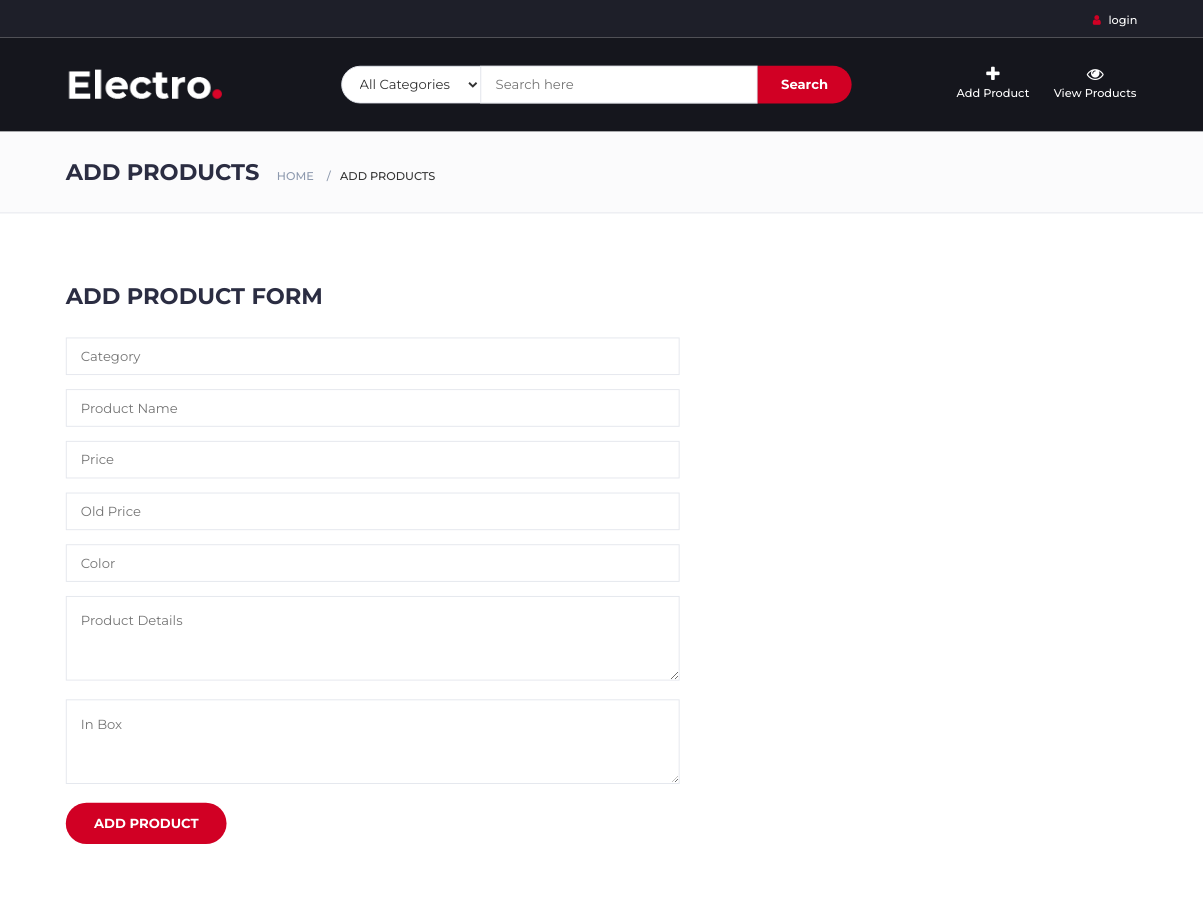
Repository: kinjalsavaliya263/JAVA
Page: http://localhost/electro-master/addproduct.jsp
The author's editor kept a copy of each file at every save. The page is drawn from the files as they stood at one save, then again after the next save.
The browser window is 1280 px wide. The pictures show the whole page, at 94% of full size.
The page is served by Tomcat 9. Other server files are loaded and not shown. The template is opened directly, without the code that normally fills it, so the values that code supplies are empty.

Above is the page before, as saved 2023-04-04 15:46:10.

### electro-master/src/main/webapp/addproduct.jsp
<%@ page language="java" contentType="text/html; charset=UTF-8"
	pageEncoding="UTF-8"%>
<%@ include file="sellerheader.jsp"%>
<!DOCTYPE html>
<html>
<head>
<meta charset="UTF-8">
<title>Electro -Ecommerce</title>

</head>
<body>
	<!-- BREADCRUMB -->
	<div id="breadcrumb" class="section">
		<!-- container -->
		<div class="container">
			<!-- row -->
			<div class="row">
				<div class="col-md-12">
					<h3 class="breadcrumb-header">Add Products</h3>
					<ul class="breadcrumb-tree">
						<li><a href="#">Home</a></li>
						<li class="active">Add Products</li>
					</ul>
				</div>
			</div>
			<!-- /row -->
		</div>
		<!-- /container -->
	</div>
	<!-- /BREADCRUMB -->

	<!-- SECTION -->
	<div class="section">
		<!-- container -->
		<div class="container">
			<!-- row -->
			<div class="row">

				<div class="col-md-7">
					<!-- Add Product -->
					<form action="addproduct" method="post" enctype="multipart/form-data">
						<div class="billing-details">
							<span class="text-danger">${msg}</span> <span
								class="text-success">${msg1}</span>
							<div class="section-title">
								<h3 class="title">Add Product Form</h3>
							</div>


							<input  type="hidden" name="uid" id="uid">

							<div class="form-group">
								<input class="input" type="text" name="category"
									placeholder="Category" id="category">
							</div>
							<div class="form-group">
								<input class="input" type="text" name="pname"
									placeholder="Product Name" id="pname">
							</div>
							<div class="form-group">
								<input class="input" type="number" name="price"
									placeholder="Price" id="price">
							</div>
							<div class="form-group">
								<input class="input" type="number" name="oldprice"
									placeholder="Old Price" id="oldprice">
							</div>
							<div class="form-group">
								<input class="input" type="text" name="color"
									placeholder="Color" id="color">
							</div>

							<div class="form-group">
								<textarea cols="3" class="input" name="details"
									placeholder="Product Details" id="details"></textarea>
							</div>
							<div class="form-group">
								<textarea cols="3" class="input" name="inbox"
									placeholder="In Box" id="inbox"></textarea>
							</div>

							<div class="form-group">
								<button type="submit" class="primary-btn order-submit">Add
									Product</button>
							</div>

						</div>
					</form>
					<!-- /Add Product -->



				</div>


			</div>
			<!-- /row -->
		</div>
		<!-- /container -->
	</div>
	<!-- /SECTION -->



</body>
</html>

### electro-master/src/main/webapp/sellerheader.jsp

<%@page import="model.User"%>
<%@ page language="java" contentType="text/html; charset=UTF-8"
	pageEncoding="UTF-8"%>
<!DOCTYPE html>
<html>
<head>
<meta charset="UTF-8">
<title>Electro -Ecommerce</title>
<link
	href="https://fonts.googleapis.com/css?family=Montserrat:400,500,700"
	rel="stylesheet">

<!-- Bootstrap -->
<link type="text/css" rel="stylesheet" href="css/bootstrap.min.css" />

<!-- Slick -->
<link type="text/css" rel="stylesheet" href="css/slick.css" />
<link type="text/css" rel="stylesheet" href="css/slick-theme.css" />

<!-- nouislider -->
<link type="text/css" rel="stylesheet" href="css/nouislider.min.css" />

<!-- Font Awesome Icon -->
<link rel="stylesheet" href="css/font-awesome.min.css">

<!-- Custom stlylesheet -->
<link type="text/css" rel="stylesheet" href="css/style.css" />

<!-- HTML5 shim and Respond.js for IE8 support of HTML5 elements and media queries -->
<!-- WARNING: Respond.js doesn't work if you view the page via file:// -->
<!--[if lt IE 9]>
		  <script src="https://oss.maxcdn.com/html5shiv/3.7.3/html5shiv.min.js"></script>
		  <script src="https://oss.maxcdn.com/respond/1.4.2/respond.min.js"></script>
		<![endif]-->
</head>
<body>
	<!-- HEADER -->
	<header>
		<!-- TOP HEADER -->
		<div id="top-header">
			<div class="container">

				<%
				/* String email = (String) session.getAttribute("email"); */
				User us = (User) request.getAttribute("use");
				%>



				<ul class="header-links pull-left">

				</ul>
				<ul class="header-links pull-right">




					<%
					if (us != null) {
					%>

					<li><a href="myprofile?email=<%=us.getEmail()%>"><i
							class="fa fa-user"></i>My Profile</a></li>
					<li><a href="changepass.jsp?email=<%=us.getEmail()%>"><i
							class="fa fa-key"></i>Change Password</a></li>
					<li style="color: white;"><b>Welcome <%=us.getFname()%> <%=us.getLname()%></b></li>
					<li><a href="logout.jsp"><i class="fa fa-user"></i>Logout</a></li>
					<%
					} else {
					%>

					<li><a href="login.jsp"><i class="fa fa-user"></i> login</a></li>
					<%
					}
					%>


				</ul>
			</div>
		</div>
		<!-- /TOP HEADER -->

		<!-- MAIN HEADER -->
		<div id="header">
			<!-- container -->
			<div class="container">
				<!-- row -->
				<div class="row">
					<!-- LOGO -->
					<div class="col-md-3">
						<div class="header-logo">
							<a href="#" class="logo"> <img src="./img/logo.png" alt="">
							</a>
						</div>
					</div>
					<!-- /LOGO -->

					<!-- SEARCH BAR -->
					<div class="col-md-6">
						<div class="header-search">
							<form>
								<select class="input-select">
									<option value="0">All Categories</option>
									<option value="1">Category 01</option>
									<option value="1">Category 02</option>
								</select> <input class="input" placeholder="Search here">
								<button class="search-btn">Search</button>
							</form>
						</div>
					</div>
					<!-- /SEARCH BAR -->

					<!-- ACCOUNT -->
					<div class="col-md-3 clearfix">
						<div class="header-ctn">
							<!-- Add Product -->
							<div>
								<a href="addproduct.jsp"> <i class="fa fa-plus"></i> <span>Add
										Product</span>
								</a>
							</div>
							<!-- /Add Product -->

							<!-- View Product -->
							<div >
								<a href="viewproduct.jsp"> <i class="fa fa-eye"></i> <span>View
										Products</span>
								</a>

							</div>
							<!-- /View Product -->


						</div>
					</div>
					<!-- /ACCOUNT -->
				</div>
				<!-- row -->
			</div>
			<!-- container -->
		</div>
		<!-- /MAIN HEADER -->
	</header>
	<!-- /HEADER -->


</body>
</html>

Loaded but not shown: electro-master/src/main/webapp/css/bootstrap.min.css (library); electro-master/src/main/webapp/css/slick.css (common file); electro-master/src/main/webapp/css/slick-theme.css (library); electro-master/src/main/webapp/css/nouislider.min.css (library); electro-master/src/main/webapp/css/font-awesome.min.css (library); electro-master/src/main/webapp/css/style.css (2191 lines, source omitted)

After the next save:
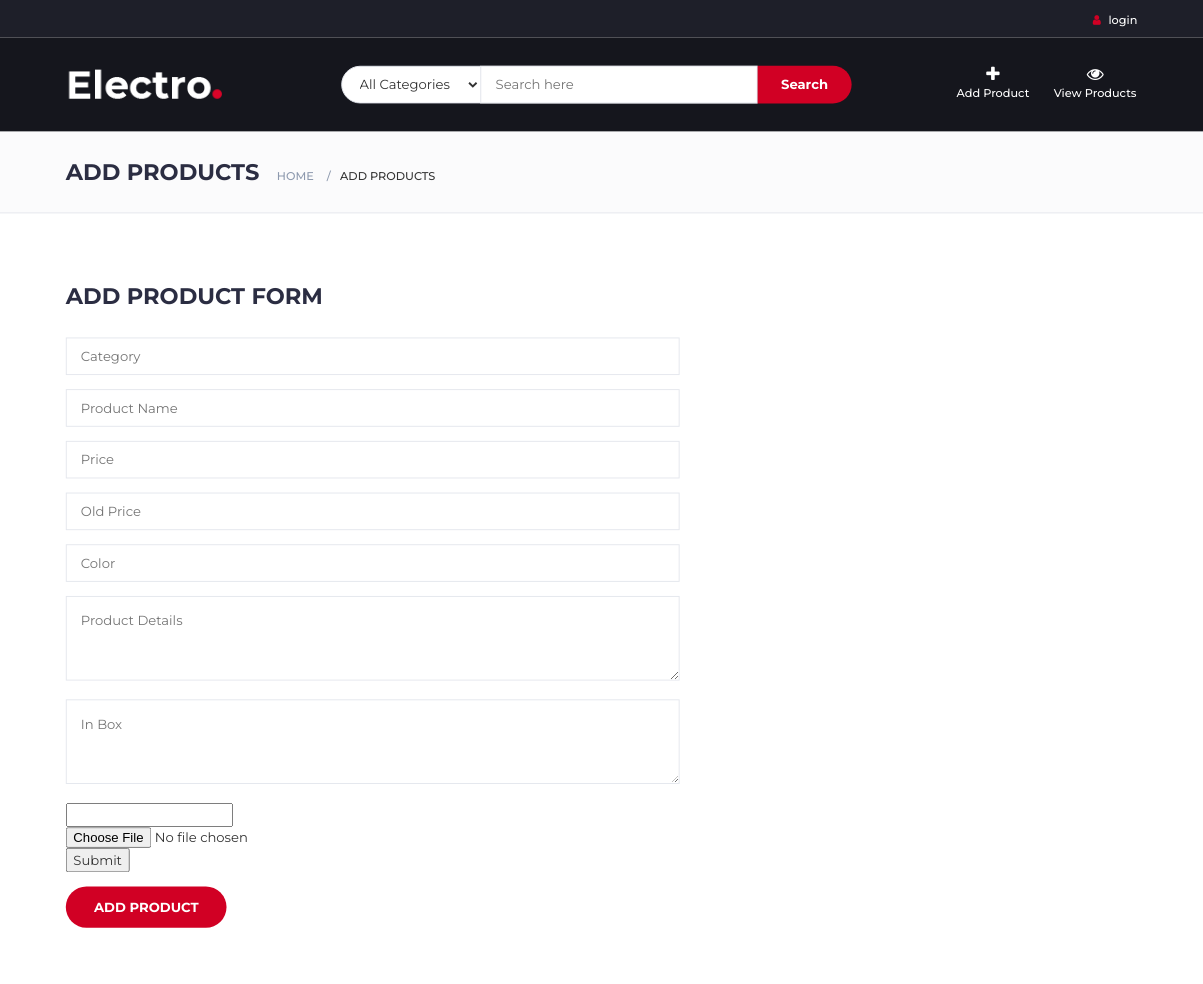
Saved 4 min 10 s later.
--- a/electro-master/src/main/webapp/addproduct.jsp
+++ b/electro-master/src/main/webapp/addproduct.jsp
@@ -78,6 +78,10 @@
 								<textarea cols="3" class="input" name="inbox"
 									placeholder="In Box" id="inbox"></textarea>
 							</div>
+							<div class="form-group">
+								<input type="text" name="uname"> <input type="file"
+			name="file"> <input type="submit">
+							</div>
 
 							<div class="form-group">
 								<button type="submit" class="primary-btn order-submit">Add
